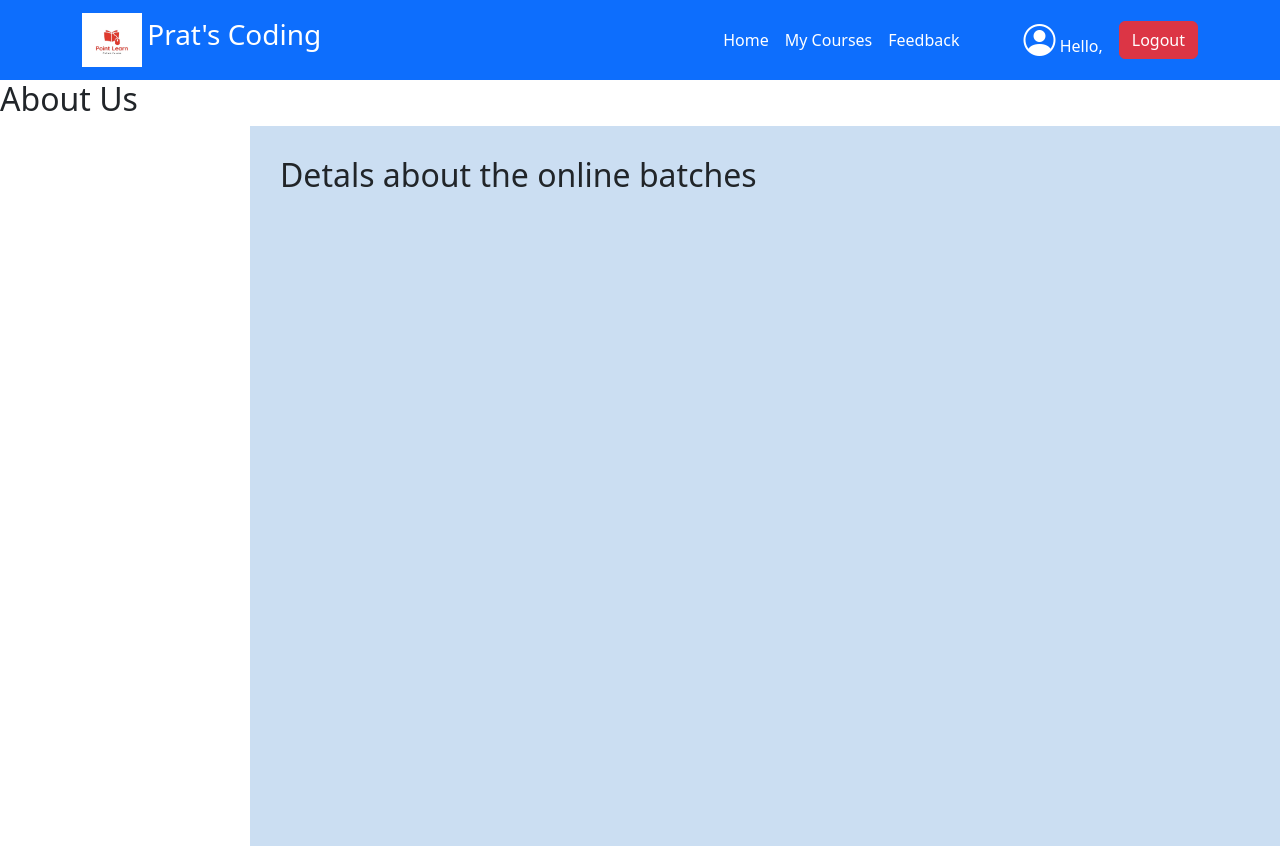
Repository: Pratikshae/OnlineLearningEPlatform
Page: http://localhost/online-batches-info
These files come from the project's save history. The page is drawn as it stood at one moment and after the next save; the edit follows.
The browser window is 1280 px wide. The pictures show the whole page.
The page is this project's Thymeleaf template; nobody is signed in. The template is opened directly, without the code that normally fills it, so the values that code supplies are empty.

Above is the page before, as saved 2025-09-22 09:47:20.

After the next save:
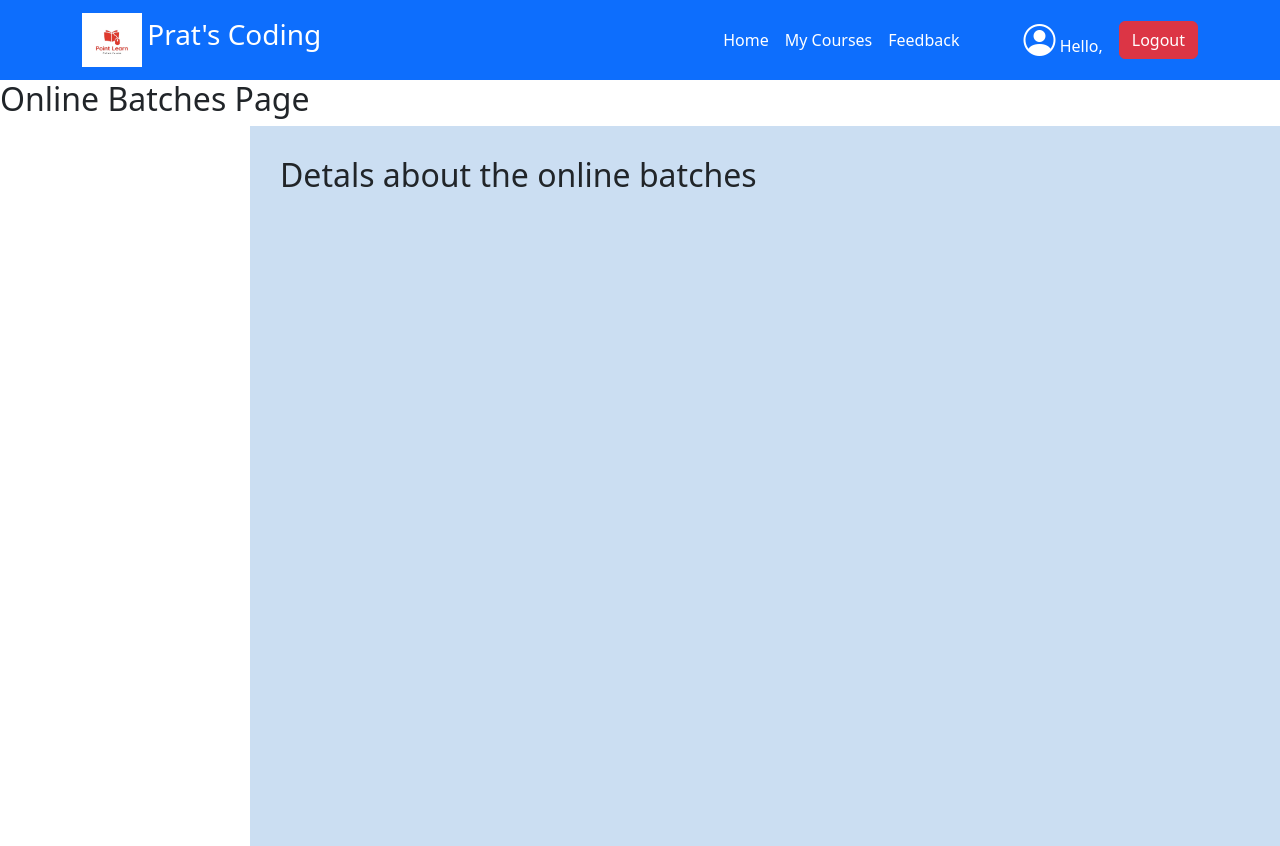
Saved 26 s later.
--- a/EducationCRMProject/src/main/resources/templates/online-batches-info.html
+++ b/EducationCRMProject/src/main/resources/templates/online-batches-info.html
@@ -3,7 +3,7 @@
 <head>
 <meta charset="utf-8" />
 <meta name="viewport" content="width=device-width, initial-scale=1" />
-<title>About Us</title>
+<title>Online Batches Pages</title>
 <link
 	href="https://cdn.jsdelivr.net/npm/bootstrap@5.3.7/dist/css/bootstrap.min.css"
 	rel="stylesheet"
@@ -17,7 +17,7 @@
 </head>
 <body>
 	<div th:replace="~{fragments/user-header :: u-header}"></div>
-	<h2 class="justify-content-center align-items-center">About Us</h2>
+	<h2 class="justify-content-center align-items-center">Online Batches Page</h2>
 
 	<div class="main-content">
 		<h2>Detals about the online batches</h2>
